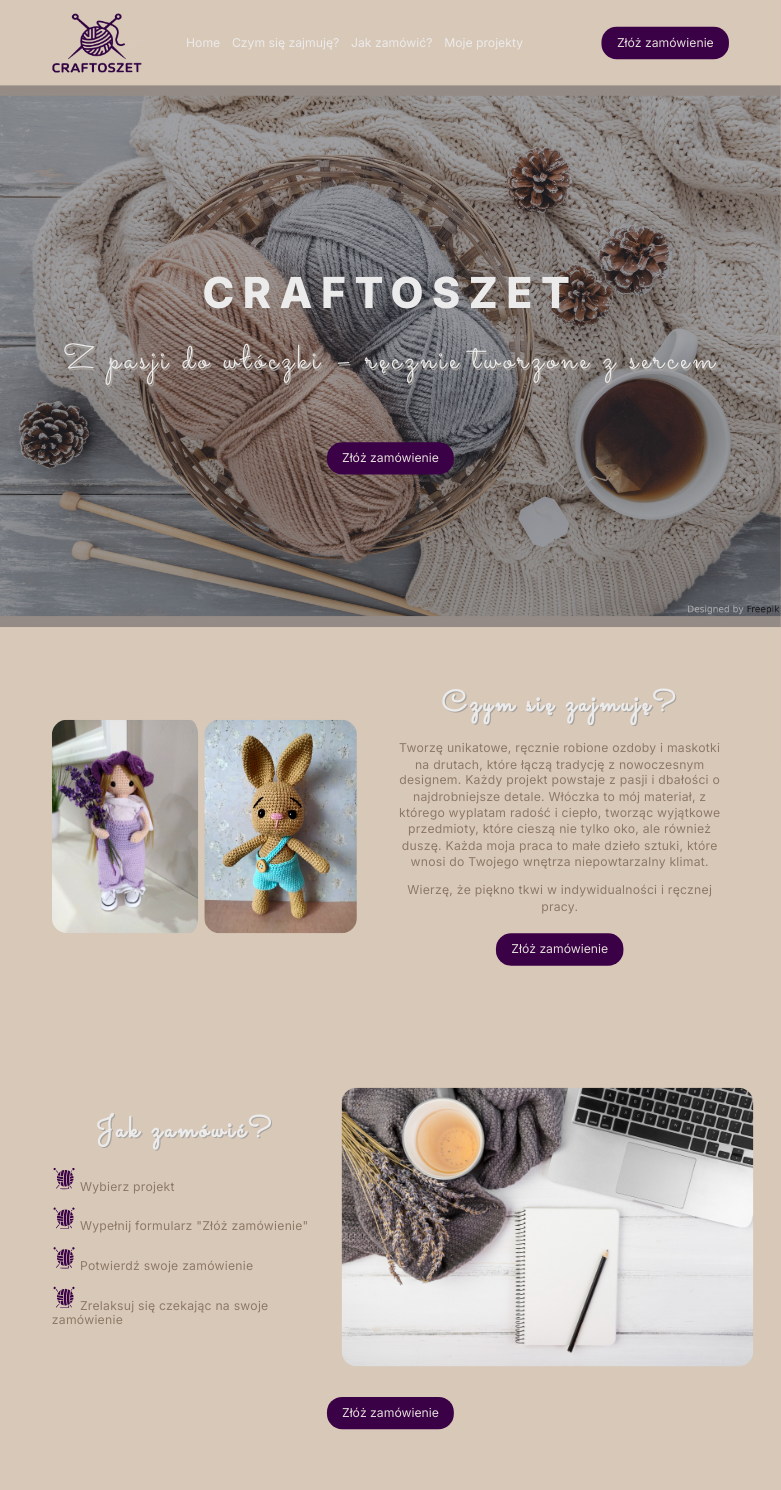
Repository: KlaudiaK0205/Craftoszet
Page: index.html
The author's editor kept a copy of each file at every save. The page is drawn from the files as they stood at one save, then again after the next save.
The browser window is 1280 px wide. The pictures show the whole page, at 61% of full size.
Some web libraries are served in a nearby version. The style sheet was rebuilt from its Sass, Less or Tailwind sources for each picture, by a compiler version that may differ from the author's.

Above is the page before, as saved 2024-10-06 13:51:00.

### index.html
<!DOCTYPE html>
<html lang="en">
<head>
    <meta charset="UTF-8">
    <meta name="viewport" content="width=device-width, initial-scale=1.0">
    <title>Craftoszet</title>
    <!-- FAVICON -->
    <link rel="icon" href="./images/favicon.ico" type="image/x-icon">
    <link rel="icon" siezes="16x16" href="./images/favicon-16x16.png" type="image/png">
    <link rel="icon" siezes="32x32" href="./images/favicon-32x32.png" type="image/png">
    <!-- GOOGLE FONTS -->
    <link rel="preconnect" href="https://fonts.googleapis.com">
    <link rel="preconnect" href="https://fonts.gstatic.com" crossorigin>
    <link href="https://fonts.googleapis.com/css2?family=Inter:ital,opsz,wght@0,14..32,100..900;1,14..32,100..900&family=Sacramento&display=swap" rel="stylesheet">
    <!-- MODERN NORMALIZE -->
    <link rel="stylesheet" href="https://cdn.jsdelivr.net/npm/modern-normalize@3.0.1/modern-normalize.min.css">
    <!-- ANIMATE-->
    <link rel="stylesheet" href="https://cdnjs.cloudflare.com/ajax/libs/animate.css/4.1.1/animate.min.css"/>
    <!-- STYLES -->
    <link rel="stylesheet" href="./sass/main.css">
</head>
<body>
    <header>
        <div class="container">
            <div class="logo-box">
                <img class="logo-image" src="./images/logo.png" alt="a ball of wool">
            </div>
            <nav class="nav">
                <ul class="nav__list">
                    <li class="nav__list__item">
                        <a href="" class="nav__list__link">Home</a>
                    </li>
                    <li class="nav__list__item">
                        <a href="" class="nav__list__link">Czym się zajmuję?</a>
                    </li>
                    <li class="nav__list__item">
                        <a href="" class="nav__list__link">Jak zamówić?</a>
                    </li>
                    <li class="nav__list__item">
                        <a href="" class="nav__list__link">Moje projekty</a>
                    </li>
                </ul>
            </nav>

            <button class="orderBtn" type="button">Złóż zamówienie</button>
        </div>
    </header>

    <main>
        <section class="hero">
            <div class="container">
                <h1 class="hero__header">CRAFTOSZET</h1>
                <p class="hero__undertitle">Z pasji do włóczki – ręcznie tworzone z sercem</p>
                <button class="orderBtn" type="button">Złóż zamówienie</button>
            </div>
        </section>

        <section class="whatIDo">

            <div class="container">
                    <div class="whatIDo-images">
                        <img class="whatIDo-image" src="./images/projekty/fioletowa lalka.jpg" alt="fioletowa lalka z włóczki">
                        <img class="whatIDo-image" src="./images/projekty/króliczek.jpg" alt="króliczek w niebieskich spodenkach z włóczki">
                </div>
                <div class="whatIDo-description">
                    <h2 class="section-header">Czym się zajmuję?</h2>
                    <p class="section-text">Tworzę unikatowe, ręcznie robione ozdoby i maskotki na drutach, które łączą tradycję z nowoczesnym designem.
                        Każdy projekt powstaje z pasji i dbałości o najdrobniejsze detale.
                        Włóczka to mój materiał, z którego wyplatam radość i ciepło, tworząc wyjątkowe przedmioty, które cieszą nie tylko oko, ale również duszę.
                        Każda moja praca to małe dzieło sztuki, które wnosi do Twojego wnętrza niepowtarzalny klimat.
                        <p class="section-text2">Wierzę, że piękno tkwi w indywidualności i ręcznej pracy.</p>
                    <button class="orderBtn" type="button">Złóż zamówienie</button>
                </div>
            </div>
        </section>
        <section class="howOrder">
            <div class="container">

                <div>
                    <h2 class="section-header">Jak zamówić?</h2>
                    <ul class="howOrder__list">
                        <li class="howOrder__item">
                            <svg class="howOrder-icon">
                                <use href="./images/sprite.svg#icon-wool-ball"></use>
                            </svg>
                            Wybierz projekt
                        </li>
                        <li class="howOrder__item">
                            <svg class="howOrder-icon">
                                <use href="./images/sprite.svg#icon-wool-ball"></use>
                            </svg>
                            Wypełnij formularz "Złóż zamówienie"
                        </li>
                        <li class="howOrder__item">
                            <svg class="howOrder-icon">
                                <use href="./images/sprite.svg#icon-wool-ball"></use>
                            </svg>
                            Potwierdź swoje zamówienie
                        </li>
                        <li class="howOrder__item">
                            <svg class="howOrder-icon">
                                <use href="./images/sprite.svg#icon-wool-ball"></use>
                            </svg>
                            Zrelaksuj się czekając na swoje zamówienie
                        </li>
                    </ul>
                </div>
                <div>
                    <img class="howOrder-image" src="./images/howOrder.jpg" alt="">
                </div>

            </div>
            <button class="orderBtn" type="button">Złóż zamówienie</button>
        </section>
    </main>
    <footer></footer>
</body>
</html>

### sass/main.scss
@import './base/common';
@import './base/container';

@import './components/icons';
@import './components/logo';
@import './components/orderBtn';

@import './layout/header';
@import './layout/hero';
@import './layout/howOrder';
@import './layout/whatIDo';

@import './utils/variables';

### sass/base/_common.scss
body {
    font-family: var(--main-font);
    background-color: var(--bgColor);
    margin: 0;
    padding: 0;
}

h1,
h2,
h3,
h4,
h5,
h6 {
    margin: 0;
    padding: 0;
}

ul,
ol,
li {
    margin: 0;
    padding: 0;
    list-style: none;
}

a {
    text-decoration: none;
}

p {
    margin: 0;
    padding: 0;
}

img {
    display: block;
    max-width: 100%;
    height: auto;
}

button {
    cursor: pointer;
}

.list {
    list-style: none;
}

.link {
    text-decoration: none;
}

### sass/base/_container.scss
.container {
    width: 100%;
    max-width: 1200px; /* Maksymalna szerokość dla dużych ekranów */
    margin: 0 auto;
    padding: 0 15px;
}

/* Urządzenia mobilne (do 576px szerokości) */
@media (max-width: 576px) {
    .container {
        max-width: 100%; /* Na małych ekranach szerokość 100% */
        padding: 0 10px;  /* Mniejszy padding na telefonach */
    }
}

/* Tablety (do 768px szerokości) */
@media (max-width: 768px) {
    .container {
        max-width: 720px; /* Dostosowanie dla tabletów */
    }
}

/* Średnie ekrany (do 992px szerokości) */
@media (max-width: 992px) {
    .container {
        max-width: 960px; /* Dostosowanie dla większych tabletów i mniejszych laptopów */
    }
}

/* Duże ekrany (od 1200px szerokości) */
@media (min-width: 1200px) {
    .container {
        max-width: 1140px; /* Ustawienia dla monitorów */
    }
}

### sass/components/_icons.scss
.howOrder-icon {
    width: 40px;
    height: 40px;
    fill: var(--brandColor)
}

### sass/components/_logo.scss
.logo-image {
    width: 150px;
    height: 100px;
    animation: wobble-hor-bottom 10s infinite both;
}

//animations
@keyframes wobble-hor-bottom {
    0%,
    100% {
        transform: translateX(0%);
        transform-origin: 50% 50%;
    }
    15% {
        transform: translateX(-30px) rotate(-6deg);
    }
    30% {
        transform: translateX(15px) rotate(6deg);
    }
    45% {
        transform: translateX(-15px) rotate(-3.6deg);
    }
    60% {
        transform: translateX(9px) rotate(2.4deg);
    }
    75% {
        transform: translateX(-6px) rotate(-1.2deg);
    }
}

### sass/components/_orderBtn.scss
.orderBtn {
    font-size: 20px;
    color: var(--mainColor);
    background-color: var(--brandColor);
    border: none;
    border-radius: 25px;
    margin-left: auto;
    padding: 15px 25px;

    &:hover,
    :focus {
        animation: scale-up-center 0.5s cubic-bezier(0.390, 0.575, 0.565, 1.000) both;
    }
}

//animations
@keyframes scale-up-center {
    0% {
        transform: scale(1);
    }
    100% {
        transform: scale(1.2);
    }
}

### sass/layout/_header.scss
header {
    padding: 20px 0;
}

header .container {
    display: flex;
    align-items: center;
}

.logo-box {
    margin-right: 70px;
}

.nav__list {
    display: flex;
}

.nav__list__item {
    font-size: 20px;

    &:not(:last-child) {
        margin-right: 1.5vw;
    }
}

.nav__list__link {
    color: var(--textColor);
    transition: cubic-bezier(0.4, 0, 0.2, 1) 500ms;

    &:hover,
    :focus {
        color: var(--brandColor);
    }
}

header .orderBtn {
    margin-left: auto;
}

### sass/layout/_hero.scss
.hero {
    background-image: linear-gradient(
        rgba(47, 48, 58, 0.4),
        rgba(47, 48, 58, 0.4)),
        url(/images/bg.jpg);
    background-repeat: no-repeat;
    background-size: contain;
    background-position: center;
    min-height: 80vh;
    text-align: center;
    padding: 300px 0 250px;
}

.hero__header {
    font-size: 70px;
    font-weight: 800;
    padding-bottom: 40px;
    color: var(--textColor);
    letter-spacing: 0.2em;

}

.hero__undertitle {
    font-family: var(--decorative-font);
    font-size: 56px;
    font-weight: 500;
    color: var(--textColor);
    letter-spacing: 0.1em;
    padding-bottom: 100px;
    text-shadow: 2px 2px var(--textShadow);
}

.hero .orderBtn {
    display: flex;
    margin-left: auto;
    margin-right: auto;
}

### sass/layout/_howOrder.scss
.howOrder {
    padding: 100px 0;
}

.howOrder .container {
    display: flex;
    align-items: center;
}

.howOrder .section-header {
    text-align: center;
}

.howOrder-image {
    width: 700px;
    margin-left: 40px;
    border-radius: 25px;
}

.howOrder__list {
}

.howOrder__item {
    font-size: 20px;
    letter-spacing: .02em;
    color: var(--sectionTextColor);
    padding-bottom: 20px;

}

.howOrder-icon {

}
.howOrder .orderBtn {
    display: flex;
    margin-left: auto;
    margin-right: auto;
    margin-top: 50px;
}

### sass/layout/_whatIDo.scss
.whatIDo {
    padding: 100px 0;
}

.whatIDo .container {
    display: grid;
    grid-template-columns: 1fr 1fr;
    grid-template-rows: 2fr;
    grid-template-areas:
    "images whatIDo"
    ". whatIDo";
}
.whatIDo-images {
    display: flex;
    grid-area: images;
    align-items: center;
}

.whatIDo-image {
    width: 250px;
    height: 350px;
    border-radius: 25px;

    &:not(:last-child) {
        padding-right: 10px;
    }
}

.whatIDo-description {
    grid-area: whatIDo;
    font-size: 20px;
    text-align: center;
}

.section-header {
    font-family: var(--decorative-font);
    font-size: 48px;
    letter-spacing: 0.1em;
    text-shadow: 2px 2px var(--textShadow);
    color: var(--textColor);
    padding-bottom: 30px;
}

.section-text,
.section-text2 {
    letter-spacing: .02em;
    color: var(--sectionTextColor);
    line-height: 1.333;
}

.section-text2 {
    padding-top: 20px;
}

.whatIDo .orderBtn {
    display: flex;
    margin-left: auto;
    margin-right: auto;
    margin-top: 30px;
}

### sass/utils/_variables.scss
:root {
    --main-font: 'Inter' , sans-serif;
    --decorative-font: 'Sacramento', sans-serif;
    --textColor: #ECEBEB;
    --mainColor: #E2DDD9;
    --textShadow: #A8a39d;
    --sectionTextColor: #8D7966;
    --brandColor: #3B0146;
    --bgColor: #D8C8B8;
}

// #A8a39d
//#f8f1e9

After the next save:
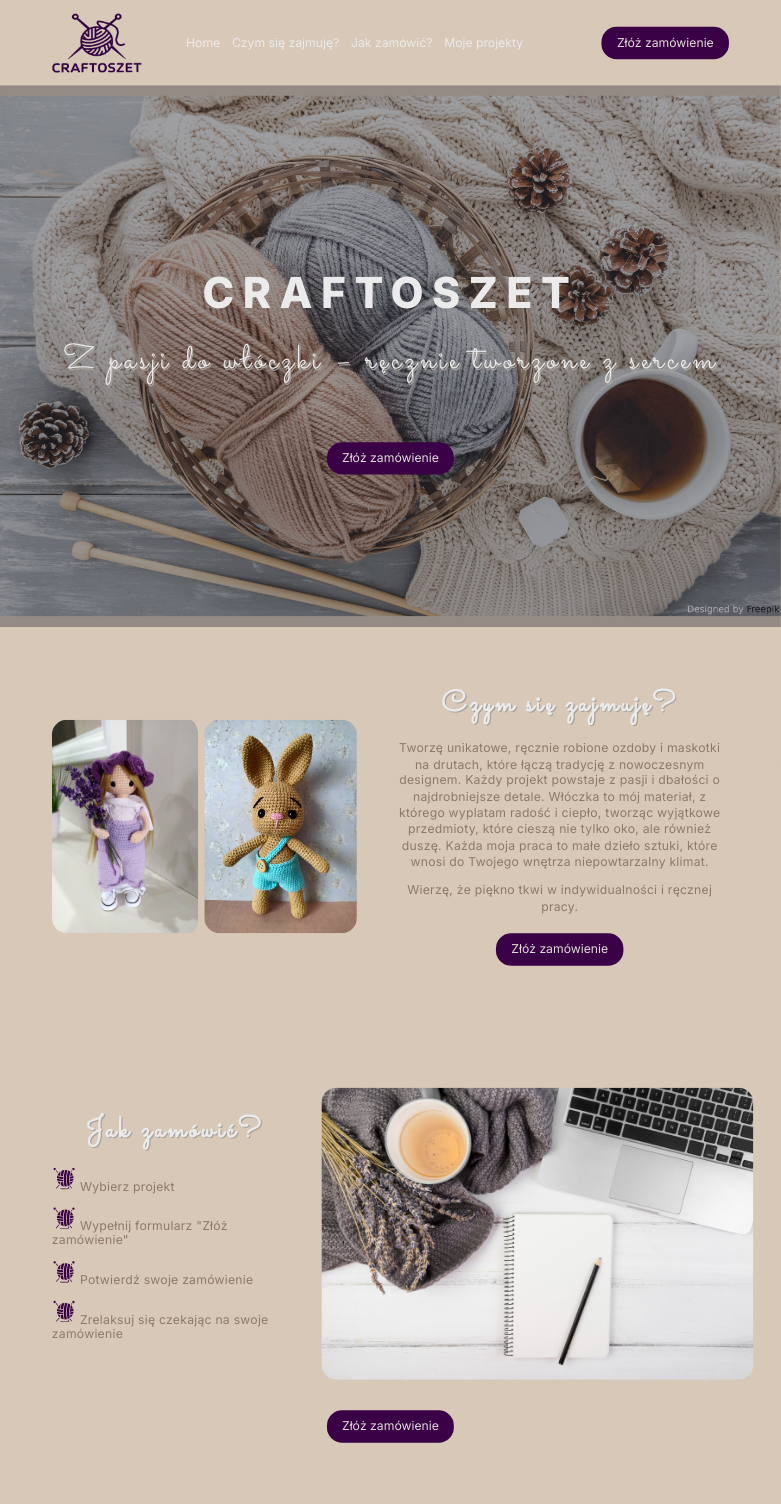
Saved 35 s later.
--- a/sass/layout/_howOrder.scss
+++ b/sass/layout/_howOrder.scss
@@ -12,7 +12,7 @@
 }
 
 .howOrder-image {
-    width: 700px;
+    width: 800px;
     margin-left: 40px;
     border-radius: 25px;
 }
